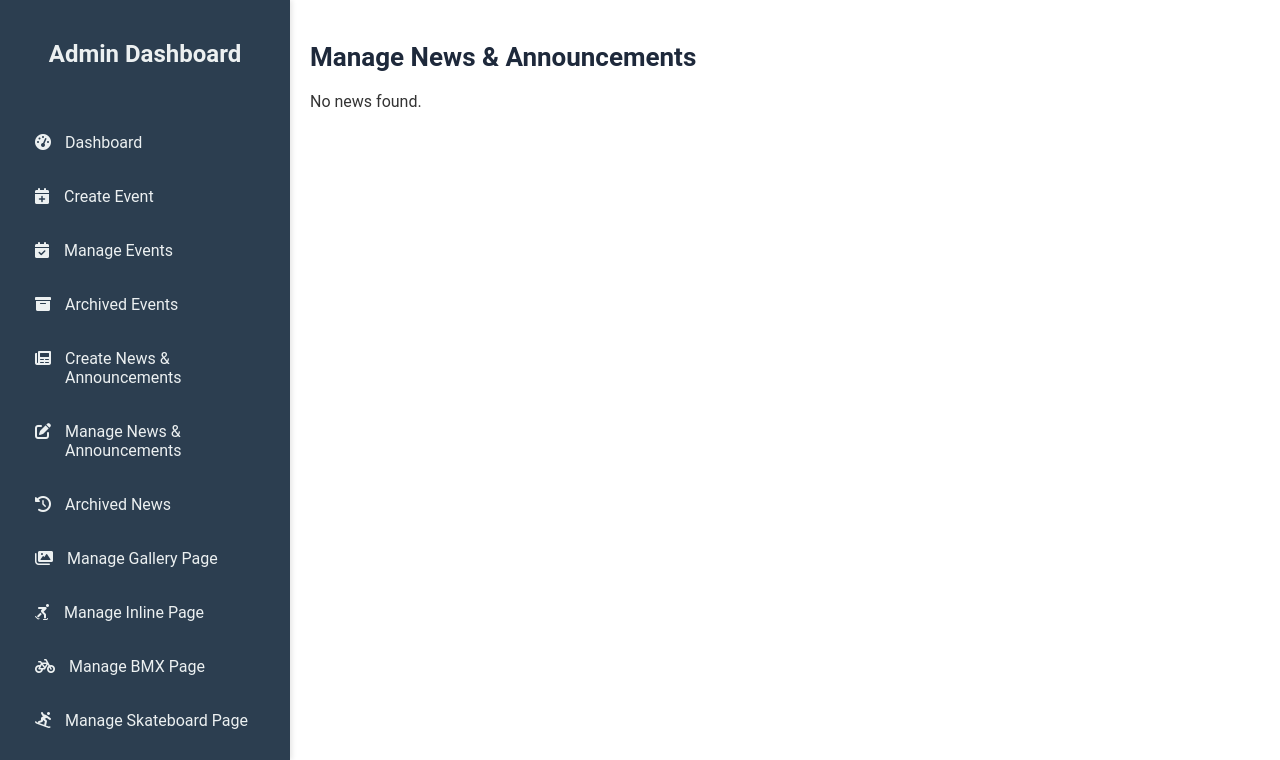
Repository: KharonKade/Capstone
Page: http://localhost/manage_news.php
These files come from the project's save history. The page is drawn as it stood at one moment and after the next save; the edit follows.
The browser window is 1280 px wide. The pictures show the whole page.
The page is run by PHP 8.4 with error messages shown; the project is at /var/www/html/. Queries for data that is not in the repository find no rows.

Above is the page before, as saved 2025-05-03 09:45:53.

After the next save:
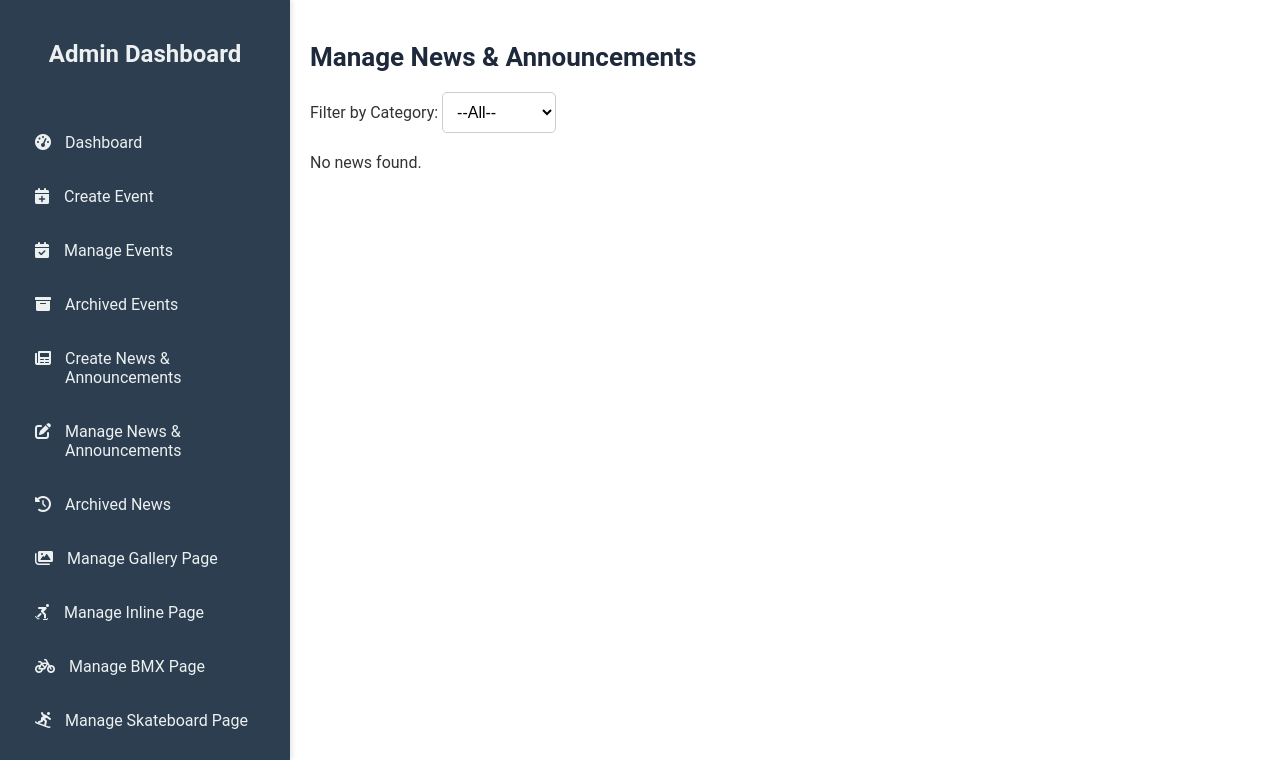
Saved 17 s later.
--- a/manage_news.php
+++ b/manage_news.php
@@ -69,6 +69,15 @@ $result = $conn->query($sql);
         </nav>
         <main class="content">
             <h2>Manage News & Announcements</h2>
+            <form method="GET" style="margin-bottom: 20px;">
+                <label for="category">Filter by Category:</label>
+                <select name="category" onchange="this.form.submit()">
+                    <option value="All" <?php if ($filter_category === 'All' || empty($filter_category)) echo 'selected'; ?>>--All--</option>
+                    <option value="Announcement" <?php if ($filter_category === 'Announcement') echo 'selected'; ?>>Announcement</option>
+                    <option value="News" <?php if ($filter_category === 'News') echo 'selected'; ?>>News</option>
+                    <option value="Reminder" <?php if ($filter_category === 'Reminder') echo 'selected'; ?>>Reminder</option>
+                </select>
+            </form>
             <?php if ($result->num_rows > 0): ?>
             <table>
                 <thead>
